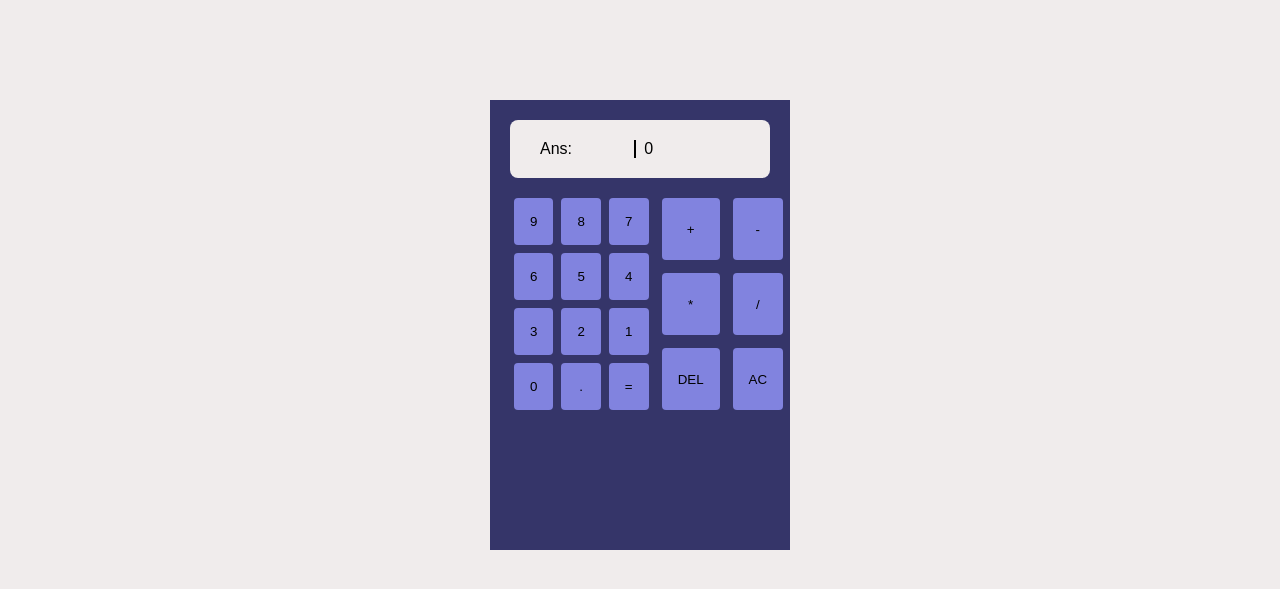
Repository: Bishek666/simple-calculator
Page: /
These files come from the project's save history. The page is drawn as it stood at one moment and after the next save; the edit follows.
The browser window is 1280 px wide. The pictures show the whole page.
The project was rebuilt for these pictures with package versions that can differ from the ones it lists, and the page was loaded fresh each time.

Above is the page before, as saved 2021-10-26 17:07:05.

### src/index.css
:root {
    --primary: #030546c9;
    --secondary: #9699ffc9;
    --dark: #0908088a;
    --light: rgb(240, 236, 236);
}

* {
    margin: 0;
    padding: 0;
    box-sizing: border-box;
    font-family: sans-serif;
}

body {
    background-color: var(--light);
}

button {
    display: inline-block;
    padding: 1rem;
    margin: 4px;
    background-color: var(--secondary);
    outline: none;
    border: transparent;
    border-radius: 4px;
    cursor: pointer;
}

.container-calculator {
    display: flex;
    flex-direction: column;
    align-items: start;
    justify-content: start;
    background-color: var(--primary);
    height: 450px;
    width: 300px;
    margin: 100px auto;
    padding: 20px;
}

.display-calculation {
    display: flex;
    justify-content: space-between;
    align-items: center;
    padding: 20px 30px;
    width: 100%;
    background-color: var(--light);
    border-radius: 8px;
    margin-bottom: 1rem;
}
.answer-area {
    width: 50%;
    border-right: 2px solid black;
    padding-right: 8px;
    margin-right: 8px;
}
.calculation-area {
    width: 50%;
}

.button-input {
    display: flex;
    justify-content: space-between;
    width: 100%;
}

.digits {
    display: grid;
    grid-template-columns: repeat(3, 1fr);
    margin-right: 5px;
}

.operators {
    display: grid;
    grid-template-columns: repeat(2, 1fr);
    gap: 5px;
}

### src/App.js
import { useState } from 'react';

function App() {
    const [calc, setCalc] = useState('');
    const [result, setResult] = useState('');

    const ops = ['/', '*', '+', '-', '.'];

    const updateCalc = (value) => {
        if ((ops.includes(value) && calc && !result === '') || (ops.includes(value) && ops.includes(calc.slice(-1)) && !result === '')) {
            return;
        }
        setCalc(calc + value);

        if (!ops.includes(value)) {
            setResult(eval(calc + value).toString());
        }
    };

    const calculate = () => {
        if (calc) {
            setCalc(eval(calc).toString());
        }

        if (!result && !calc === '') {
            return;
        }
        if (result && !calc) {
            setCalc(result);
        }
    };

    const deleteLastValue = () => {
        if (calc === '') {
            return;
        }

        setCalc(calc.slice(0, -1));
    };

    const resetAll = () => {
        if (calc === '') {
            return;
        }

        setCalc('');
    };

    const addDigits = () => {
        const digits = [];

        for (let i = 1; i < 10; i++) {
            digits.unshift(
                <button onClick={() => updateCalc(i.toString())} key={i}>
                    {i}
                </button>
            );
        }

        return digits;
    };
    return (
        <div className='container-calculator'>
            <div className='display-calculation'>
                <div className='answer-area'>Ans:{result ? <span>({result})</span> : ''}</div>

                <div className='calculation-area'>{calc || '0'}</div>
            </div>
            <div className='button-input'>
                <div className='digits'>
                    {addDigits()}
                    <button onClick={() => updateCalc('0')}>0</button>
                    <button onClick={() => updateCalc('.')}>.</button>
                    <button onClick={calculate}>=</button>
                </div>
                <div className='operators'>
                    <button onClick={() => updateCalc('+')}>+</button>
                    <button onClick={() => updateCalc('-')}>-</button>
                    <button onClick={() => updateCalc('*')}>*</button>
                    <button onClick={() => updateCalc('/')}>/</button>
                    <button onClick={() => deleteLastValue()}>DEL</button>
                    <button onClick={() => resetAll()}>AC</button>
                </div>
            </div>
        </div>
    );
}

export default App;

Loaded but not shown: public/index.html (common file); src/index.js (common file)

After the next save:
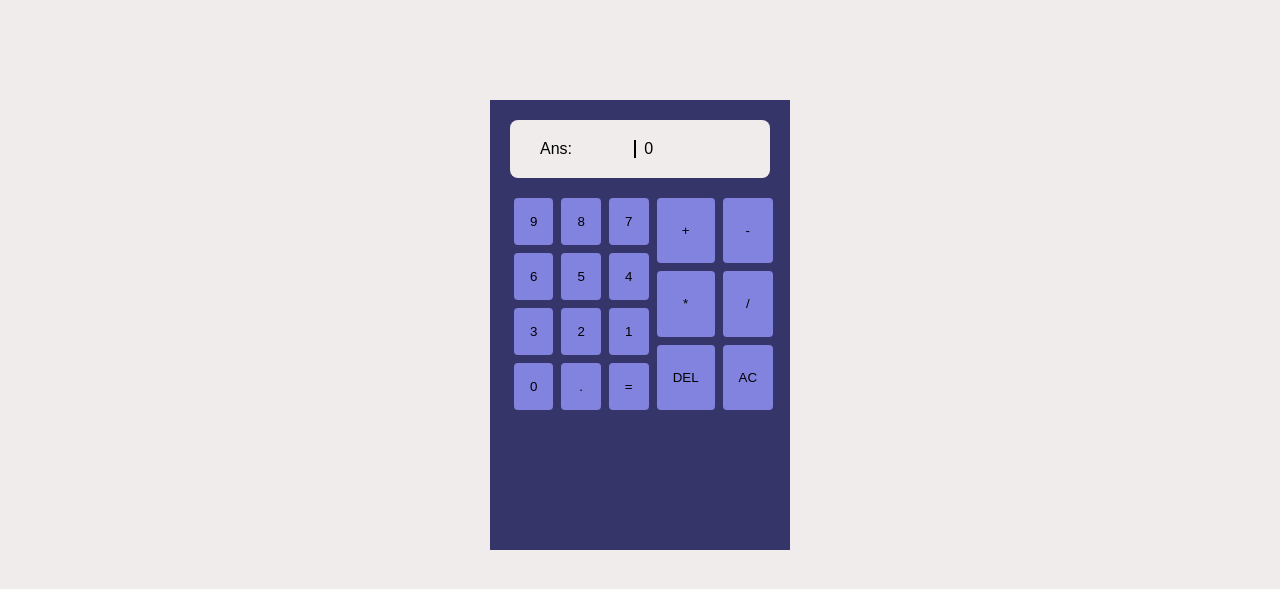
Saved 9 s later.
--- a/src/index.css
+++ b/src/index.css
@@ -68,11 +68,9 @@ button {
 .digits {
     display: grid;
     grid-template-columns: repeat(3, 1fr);
-    margin-right: 5px;
 }
 
 .operators {
     display: grid;
     grid-template-columns: repeat(2, 1fr);
-    gap: 5px;
 }
